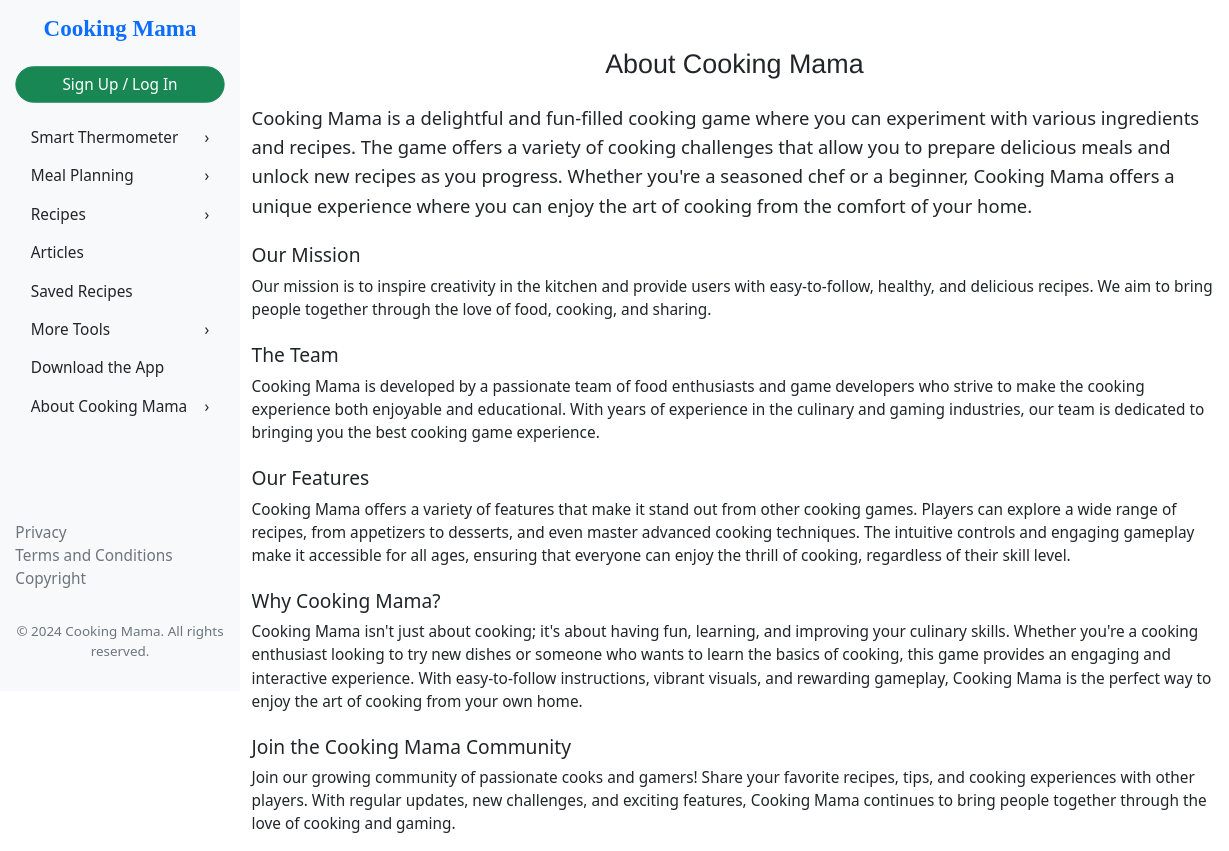
Repository: julius2510/UAS_Frontend_Kelompok10
Page: about.html
These files come from the project's save history. The page is drawn as it stood at one moment and after a run of saves; the edit follows.
The browser window is 1280 px wide. The pictures show the whole page, at 96% of full size.
Some icons come from a web library that is not loaded, so they are not drawn.

Above is the page before, as saved 2024-11-21 00:05:33.
Console error: TypeError: Cannot read properties of null (reading 'addEventListener')

After the next 2 saves:
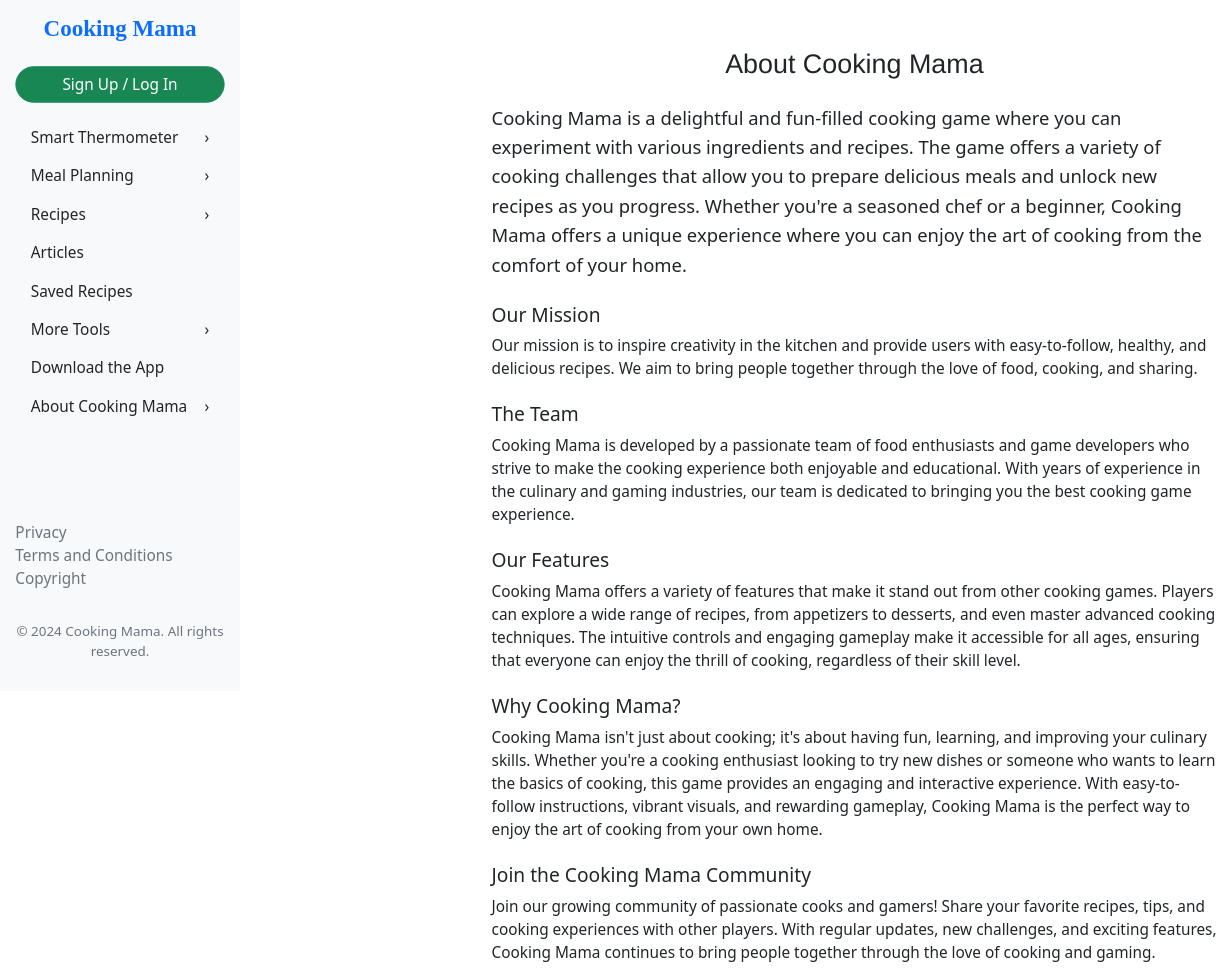
The 2 saves are shown as one change because they came seconds apart.
The last was saved 21 s later.
--- a/about.html
+++ b/about.html
@@ -111,7 +111,7 @@
 
     <!-- Main Content -->
    <!-- Main Content -->
-<div class="container-fluid" style="margin-left: 250px; padding-top: 50px;">
+<div class="container-fluid" style="margin-left: 500px; padding-top: 50px;">
     <div class="row">
       <div class="col-12">
         <h1 class="text-center mb-4 fs-3" style="font-family: 'Franklin Gothic Medium', 'Arial Narrow', Arial, sans-serif;">About Cooking Mama</h1>
